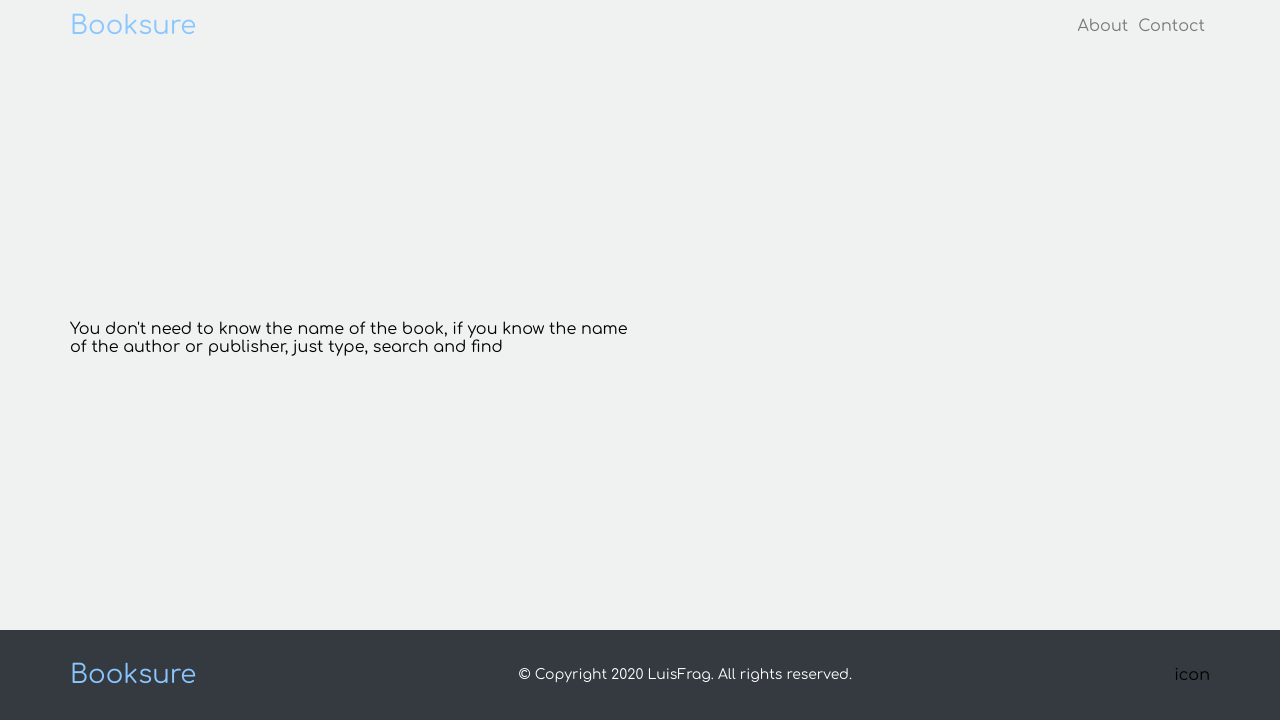
Repository: changesxxx/searchBooks
Page: /search
These files come from the project's save history. The page is drawn as it stood at one moment and after the next save; the edit follows.
The browser window is 1280 px wide. The pictures show the whole page.
The project was rebuilt for these pictures with package versions that can differ from the ones it lists, and the page was loaded fresh each time. Also part of the build but not shown: craco.config.js.

Above is the page before, as saved 2024-06-24 17:41:45.

After the next save:
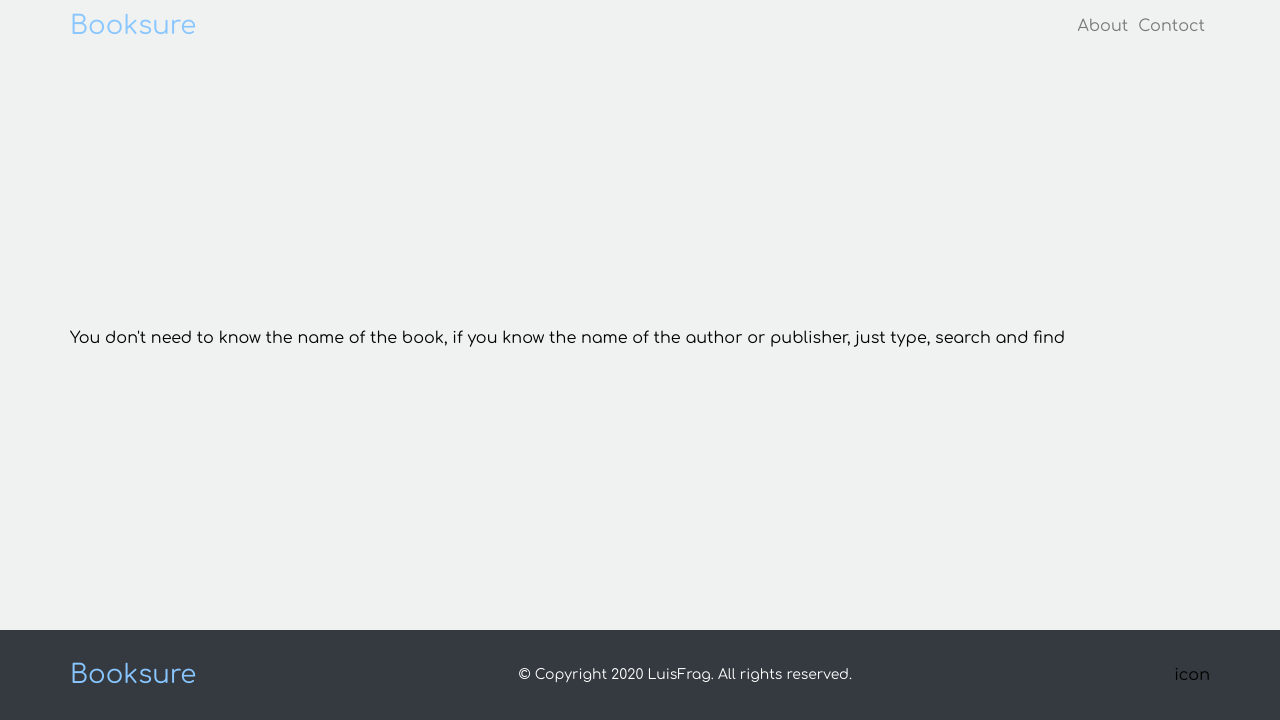
Saved 60 s later.
--- a/src/view/search/style.js
+++ b/src/view/search/style.js
@@ -5,7 +5,7 @@
   display: flex;
   align-items: center;
 
-  .describe {
+  .container {
     display: flex;
 
     div {

After the save that followed:
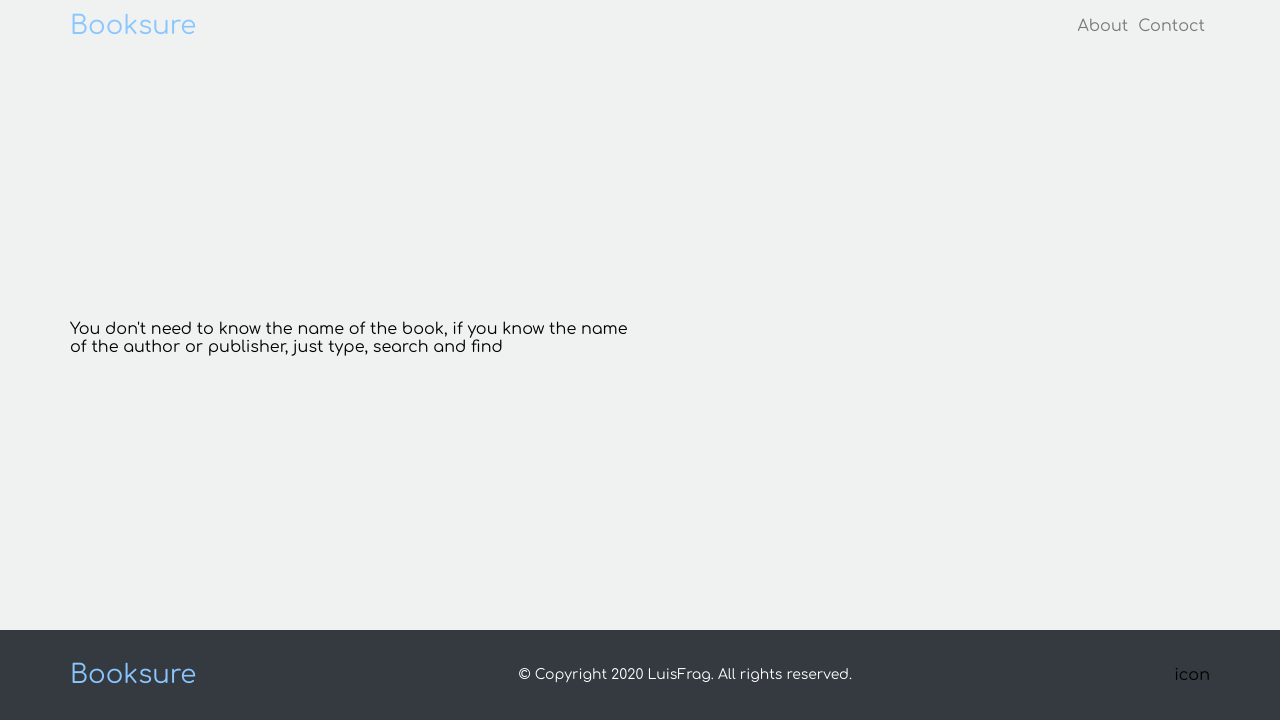
Saved 17 s later.
--- a/src/view/search/style.js
+++ b/src/view/search/style.js
@@ -5,7 +5,7 @@
   display: flex;
   align-items: center;
 
-  .container {
+  .describe {
     display: flex;
 
     div {
